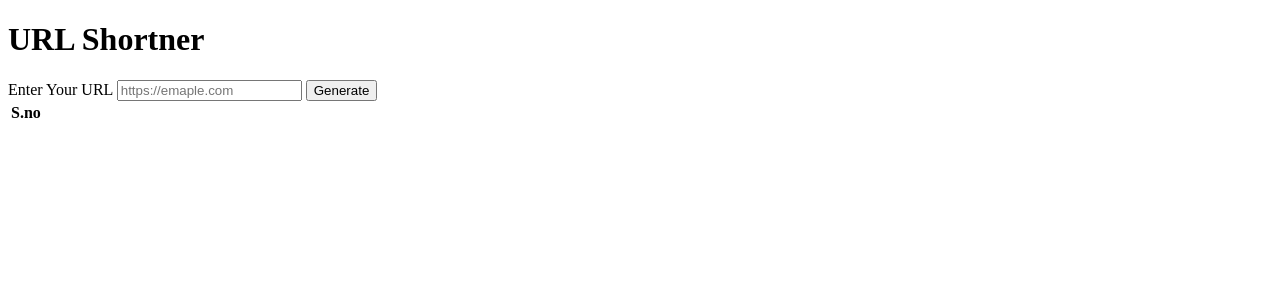
Repository: Mohitkumar1322/URL-Shortner
Page: http://localhost/test
These files come from the project's save history. The page is drawn as it stood at one moment and after the next save; the edit follows.
The browser window is 1280 px wide. The pictures show the whole page.
The page is served by the project's Node server (index.js). Other server files are loaded and not shown. Queries for data that is not in the repository find no rows.

Above is the page before, as saved 2024-07-14 21:20:59.

### views/home.ejs
<!DOCTYPE html>
<html lang="en">
<head>
    <style>
        body{
            font-family: 'Segoe UI', Tahoma, Geneva, Verdana, sans-serif,

        }
    </style>
    <meta charset="UTF-8">
    <meta name="viewport" content="width=device-width, initial-scale=1.0">
    <title>Document</title>
</head>
<body>

    <h1>
       URL Shortner
    </h1>
    <% if(locals.id){ %>
        <p>URL Generated : http://localhost:8001/url/<%= id %></p>
    <% } %>


    <div>
        <form method ="POST" action ="/url">
            <label>
                Enter Your URL
            </label>
            <input type="text"name="url" placeholder="https://emaple.com"/>
            <button type="submit">Generate</button>
        </form>
    </div>
    <div>
        <% if (locals.urls) { %>
            <table>
                <thead>
                    <th>
                        S.no
                    </th>

                </thead>
            </table>

        <% } %>
    </div>


</body>
</html>

### index.js
const express = require('express');
const path = require('path');

const { connectToMongoDB } = require('./connect');
const urlRoute = require('./routes/url');
const { connect } = require('mongoose');
const URL = require('./models/url');
const staticRouter = require('./routes/staticRouter');
const app = express();
const PORT = 8001;

connectToMongoDB('mongodb+srv://mohitkum1352:15364164@urlshortner.xh4pdly.mongodb.net/')
.then(() => console.log('Connected to MongoDB'))
.catch((err) => console.error(err));

app.set("view engine", "ejs");
app.set('views', path.resolve("views"));


app.use(express.json());
app.use(express.urlencoded({extended: false}));

app.use("/",staticRouter);



app.get("/test",async(req,res)=>{
    const allUrls = await URL.find({});
    return res.render('home',{
        urls: allUrls,
    });



});
app.use("/url", urlRoute);



app.get('/:shortId', async (req, res) => {
    const shortId = req.params.shortId;
    const entry = await URL.findOneAndUpdate({
        shortId
    },{$push: {
        visitHistory: {timestamp: Date.now()}
    }});
    res.redirect(entry.redirectURL);

    });


app.listen(PORT, () => console.log(`Server is running on port ${PORT}`));

### connect.js
const mongoose = require('mongoose');
mongoose.set('strictQuery', true);

async function connectToMongoDB(url) {
    return mongoose.connect(url);
}

module.exports = {
    connectToMongoDB,
};

After the next save:
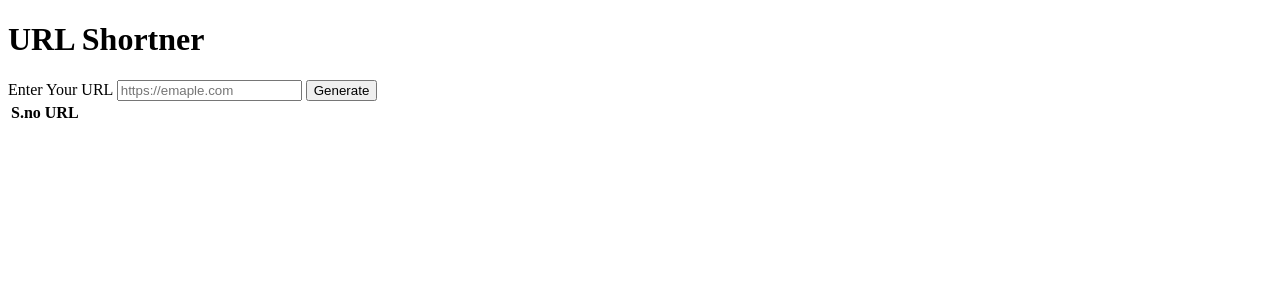
Saved 5 s later.
--- a/views/home.ejs
+++ b/views/home.ejs
@@ -37,6 +37,9 @@
                     <th>
                         S.no
                     </th>
+                    <th>
+                        URL
+                    </th>
 
                 </thead>
             </table>
